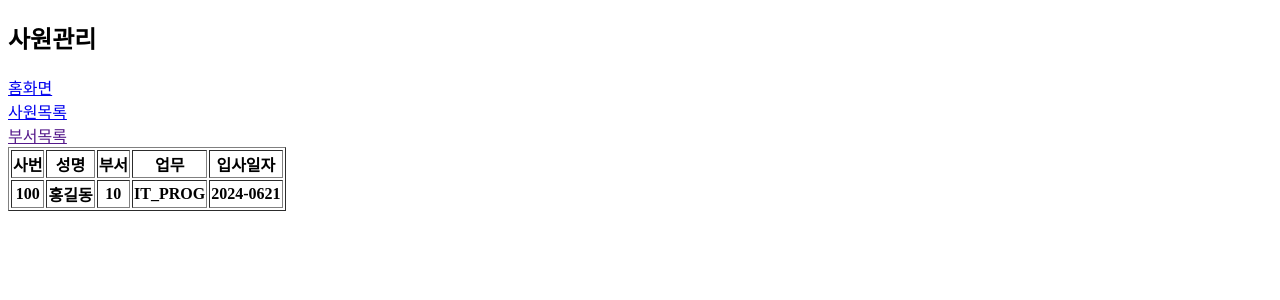
Repository: KimHyeonJun1/Study_Web302
Page: 02.Servlet02/src/main/webapp/employee/index.html
These files come from the project's save history. The page is drawn as it stood at one moment and after the next save; the edit follows.
The browser window is 1280 px wide. The pictures show the whole page.

Above is the page before, as saved 2024-06-21 07:50:29.

### 02.Servlet02/src/main/webapp/employee/index.html
<!DOCTYPE html>
<html>
<head>
<meta charset="UTF-8">
<title>Insert title here</title>
</head>
<body>
<h2>사원관리</h2>


<div><a href="../">홈화면</a></div>
<div><a href="employeeList">사원목록</a></div>
<div><a href="">부서목록</a></div>

<table border='1'>
<tr><th>사번</th><th>성명</th><th>부서</th><th>업무</th><th>입사일자</th></tr>
<tr><th>100</th><th>홍길동</th><th>10</th><th>IT_PROG</th><th>2024-0621</th></tr>
</table>

</body>
</html>

After the next save:
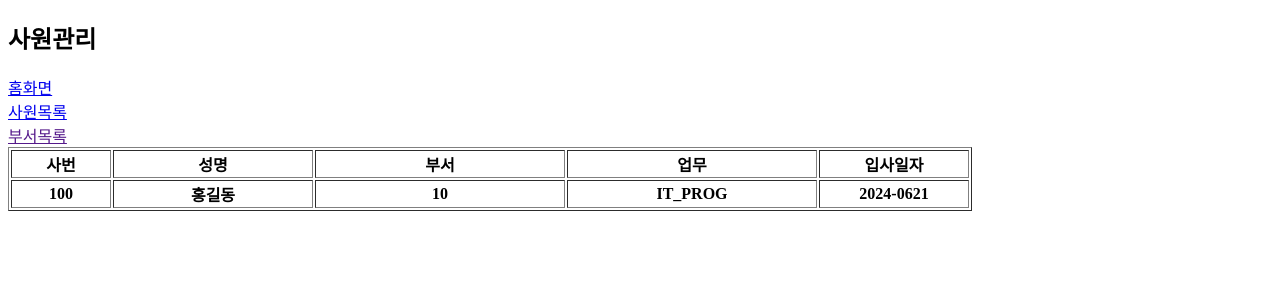
Saved 71 s later.
--- a/02.Servlet02/src/main/webapp/employee/index.html
+++ b/02.Servlet02/src/main/webapp/employee/index.html
@@ -13,6 +13,13 @@
 <div><a href="">부서목록</a></div>
 
 <table border='1'>
+<colgroup>
+<col width="100px">
+<col width="200px">
+<col width="250px">
+<col width="250px">
+<col width="150px">
+</colgroup>
 <tr><th>사번</th><th>성명</th><th>부서</th><th>업무</th><th>입사일자</th></tr>
 <tr><th>100</th><th>홍길동</th><th>10</th><th>IT_PROG</th><th>2024-0621</th></tr>
 </table>
